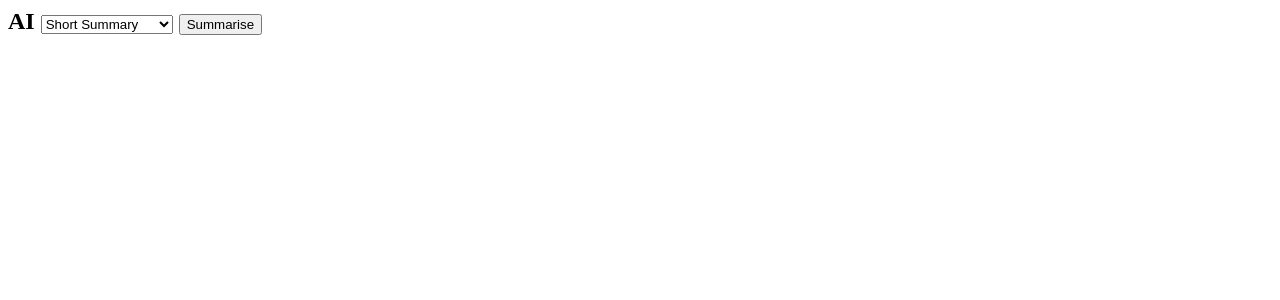
Repository: hisana-nazeer/AI-Summariser
Page: popup.html
An editor plug-in stored every save of this project. The page is shown before and after the next save, followed by the edit.
The browser window is 1280 px wide. The pictures show the whole page.

Above is the page before, as saved 2025-09-22 13:21:54.

After the next save:
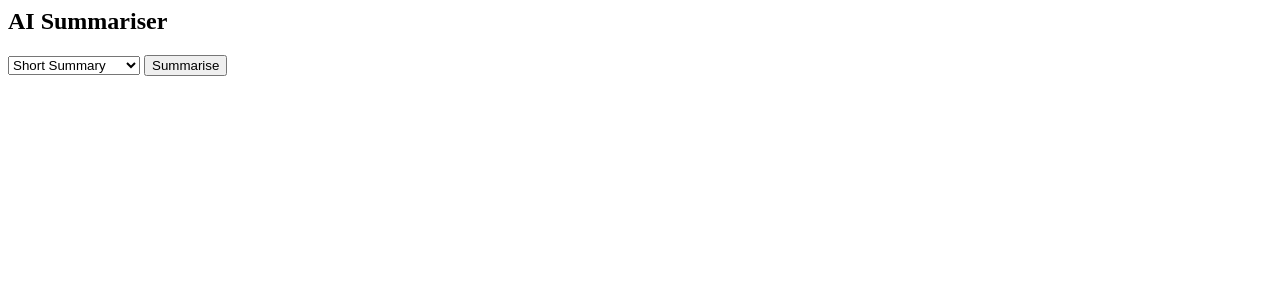
Saved 6 s later.
--- a/popup.html
+++ b/popup.html
@@ -1,6 +1,6 @@
 <html>
     <body>
-        <h2>AI
+        <h2>AI Summariser</h2>
         <select id="summary-type">
             <option value="short">Short Summary</option>
             <option value="detailed">Detailed Summary</option>
